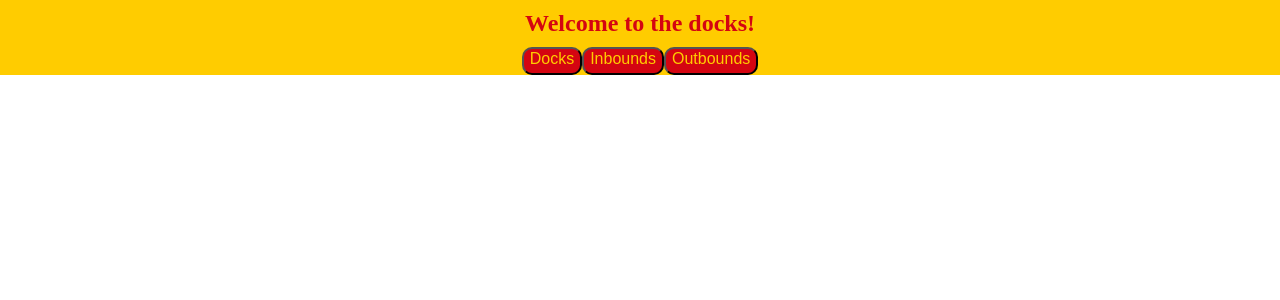
Repository: charliejp0311/java-final-proj
Page: dockWalk-frontend/index.html
These files come from the project's save history. The page is drawn as it stood at one moment and after the next save; the edit follows.
The browser window is 1280 px wide. The pictures show the whole page.
The page's requests for data from a server got no answer.

Above is the page before, as saved 2020-08-31 14:42:41.

### dockWalk-frontend/index.html
<!DOCTYPE html>
<html lang="en" dir="ltr">
    <head>
        <meta charset="utf-8">
        <link rel="stylesheet" href="style.css">
        <title>Dock Walk</title>
    </head>
    <body>
        <header>
            <h2>Welcome to the docks!</h2>
        </header>
        <main id="dock">

        </main>
    </body>
    <script type="application/javascript" src="src/index.js" charset="UTF-8"></script>
    <script type="application/javascript" src="src/dock.js" charset="UTF-8"></script>
</html>

### dockWalk-frontend/style.css
body {
    margin: 0;
    padding: 0;
}

header {
    background-color: #FFCC00;
    color: #D40511;
    text-align: center;
    margin: 0 auto;
    height: 75px;
}

header h2 {
    padding: 10px;
    margin: 0;
}

main {
    display: grid;
    grid-template-columns: 1fr;
    grid-template-rows: auto;
    grid-gap: 20px;
    padding-top: 10px;
    padding-bottom: 30px;
}

div.card {
    background-color: #eeeeee;
    height: 250px;
    width: 300px;
    box-shadow: 10px 10px grey;
    padding: 10px;
    border-radius: 10px;
}

p {
    font-size: 1.5em;
    color: black;
    font-family: Helvetica;
}

li {
    font-size: 1.05em;
    list-style: none;
    padding-right: 20px;
    text-align: center;
}

button {
    font-size: 1em;
    color: #FFCC00;
    background-color: #D40511;
    border-radius: 10px;
    padding-bottom: 5px;
}

button.release {
    float: right;
    background-color: #E1332D;
}

@media only screen and (min-width: 500px) {
    main {
        grid-template-columns: 1fr 1fr;
    }
}

@media only screen and (min-width: 850px) {
    main {
        grid-template-columns: 1fr 1fr 1fr 1fr;
    }
}

### dockWalk-frontend/src/index.js
document.addEventListener("DOMContentLoaded", function () {
    let h = document.getElementsByTagName('header')[0]
    let button1 = document.createElement('button')
    button1.innerText = "Docks"
    button1.addEventListener('click', fetchDocks())
    let button2 = document.createElement('button')
    // button2.addEventListener('click',fetchInbounds())
    button2.innerText = "Inbounds"
    let button3 = document.createElement('button')
    // button3.addEventListener('click',fetchOutbounds())
    button3.innerText = "Outbounds"
    h.appendChild(button1)
    h.appendChild(button2)
    h.appendChild(button3)
});

let dockCard = (ranges) => {
    debugger;
    let body = document.getElementById('dock')
    let div = document.createElement('div')
    div.className = 'card'
    div.id = sec.id
    div.addEventListener('click', (e) => {
        if (e.target.className === 'card') {
            fetchDock(e.target.id)
        }
    })
    div.innerText = sec.attributes.section
    let ul = document.createElement('ul')
    ul.innerText = "Door Ranges"
    for (const rng of ranges) {
        let li = document.createElement('li')
        // li.addEventListener('click',rangeClick())
        li.innerText = rng.attributes.range
        ul.appendChild(li)
    }
    div.appendChild(ul)
    body.appendChild(div)
}

//making an empty array of docks to store js dock obj's in thought is to get all the objects and store them in an array
const dks = [];
//playing to see what the data looks like
const ranges = [];
///playing more
const drs = [];

let displayDocks = (docks) => {
    let d = docks.data
    let inc = docks.included
    let rngs = inc.filter(rng => rng.type === 'door_range')
    let ports = inc.filter(prt => prt.type === 'door')
    //docks
    for (const section of d) {
        dks.push(new Dock(section.attributes.section))
        let sectionsRanges = rngs.filter(rng=>rng.relationships.dock.data.id===section.id)
        //ranges
        for (const range of sectionsRanges) {
            ranges.push(new Range(
                section.attributes.section,
                range.attributes.range,
                range.attributes.racks
                )
            )
            let prts = ports.filter(prt=>prt.relationships.door_range.data.id===range.id)
            //doors
            for (const p of prts) {
                drs.push(new Door(
                    section.attributes.section,
                    range.attributes.range,
                    range.attributes.racks,
                    p.attributes.number,
                    p.attributes.stage,
                    p.attributes.serviceable,
                    p.attributes.service_comments
                    )
                )
            }
            dockCard(ranges)
        }
    }
    debugger;
}

let fetchDocks = () => {
    return fetch('http://localhost:3000/docks')
        .then(resp => resp.json())
        .then(json => displayDocks(json))
}

let fetchDock = (id) => {
    return fetch(`http://localhost:3000/docks/${id}`)
        .then(resp => resp.json())
        .then(json => displaySec(json))
}

let displaySec = (section) => {
    let dock = document.getElementById('dock')
    dock.innerHTML = "";
    dockCard(section.data, section.included)
}

class Dock {
    constructor (section){
        this.section = section;
    }
}

class Range extends Dock {
    constructor (dock,range,racks){
        super(dock)
        this.range = range
        this.racks = racks
    }
}

class Door extends Range {
    constructor (dock, range, racks, number,stage,serviceable,s_comments){
        super(dock, range,racks)
        this.number = number
        this.stage = stage
        this.serviceable = serviceable
        this.s_comments = s_comments
    }
}

### dockWalk-frontend/src/dock.js

// let dockCard = (sec,ranges)=> {
//     let body = document.getElementById('dock')
//     let div = document.createElement('div')
//     div.className = 'card'
//     div.id = sec.id
//     div.addEventListener('click', (e)=>{
//         if (e.target.className === 'card') {
//             fetchDock(e.target.id)
//         }
//     })
//     div.innerText = sec.attributes.section
//     let ul = document.createElement('ul')
//     ul.innerText = "Door Ranges"
//     for (const rng of ranges) {
//         let li = document.createElement('li')
//         // li.addEventListener('click',rangeClick())
//         li.innerText = rng.attributes.range
//         ul.appendChild(li)
//     }
//     div.appendChild(ul)
//     body.appendChild(div)
// }


// let displayDocks = (docks) => {
//     let d = docks.data
//     let r = docks.included
//     for (const section of d) {
//         let rngs = r.filter(rng=>rng.relationships.dock.data.id === section.id)
//         dockCard(section,rngs)
//     }
// }

// let fetchDocks = () => {
//     return fetch('http://localhost:3000/docks')
//     .then(resp => resp.json())
//     .then(json=> displayDocks(json))
// }

// let fetchDock = (id) => {
//     return fetch(`http://localhost:3000/docks/${id}`)
//     .then(resp=>resp.json())
//     .then(json=>displaySec(json))
// }

// let displaySec = (section)=>{
//     let dock = document.getElementById('dock')
//     dock.innerHTML="";
//     dockCard(section.data ,section.included)
// }

After the next save:
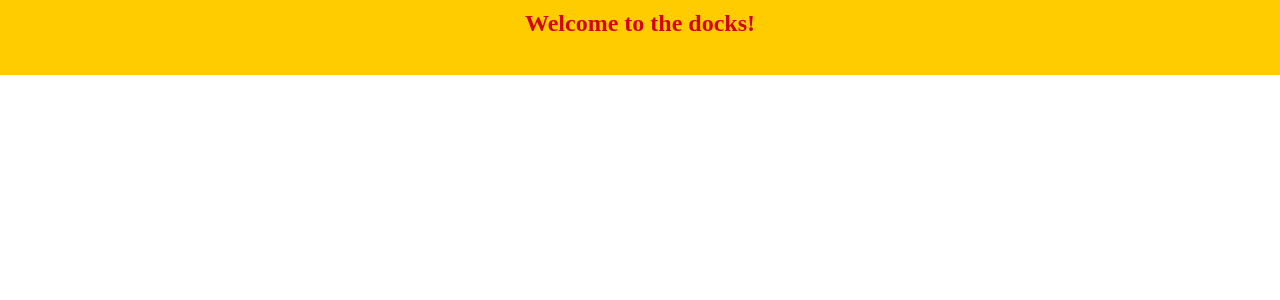
Console error: SyntaxError: Unexpected token ')'
Saved 2 min 36 s later.
--- a/dockWalk-frontend/src/index.js
+++ b/dockWalk-frontend/src/index.js
@@ -14,8 +14,7 @@
     h.appendChild(button3)
 });
 
-let dockCard = (ranges) => {
-    debugger;
+let dockCard = (sec, ranges) => {
     let body = document.getElementById('dock')
     let div = document.createElement('div')
     div.className = 'card'
@@ -76,10 +75,11 @@
                     )
                 )
             }
-            dockCard(ranges)
         }
+        debugger;
+        let thisDocksRanges = ranges.filter(range=>)
+        dockCard(section, rngs)
     }
-    debugger;
 }
 
 let fetchDocks = () => {

After the save that followed:
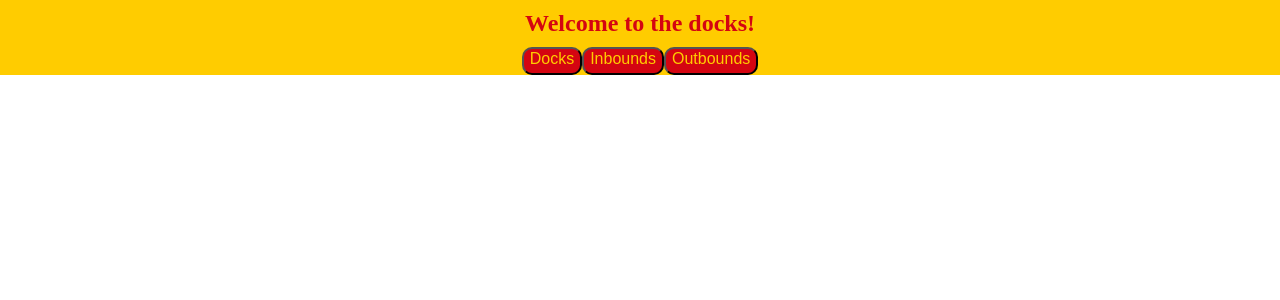
The error is gone.
Saved 34 s later.
--- a/dockWalk-frontend/src/index.js
+++ b/dockWalk-frontend/src/index.js
@@ -77,7 +77,7 @@
             }
         }
         debugger;
-        let thisDocksRanges = ranges.filter(range=>)
+        let thisDocksRanges = ranges.filter(range=>range.dock===section)
         dockCard(section, rngs)
     }
 }
